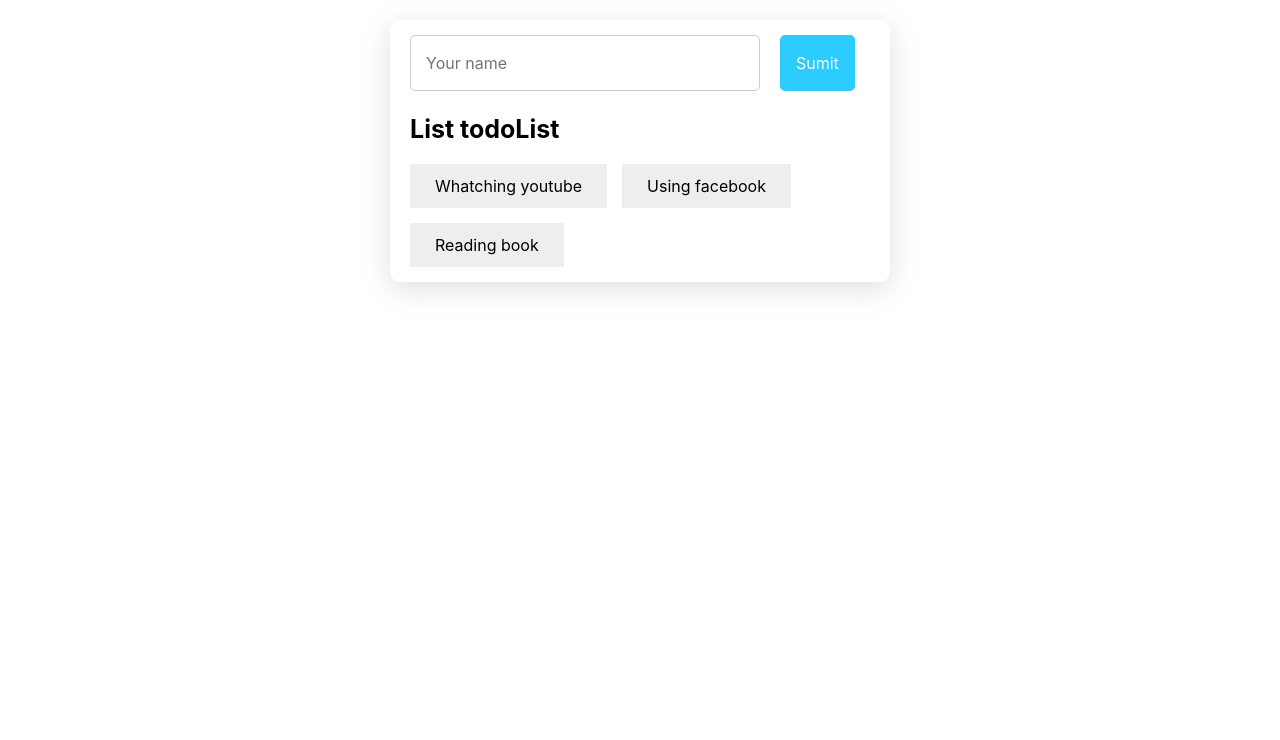
Repository: hoang0508/ReactJsHoiDanIT
Page: /weather
An editor plug-in stored every save of this project. The page is shown before and after the next save, followed by the edit.
The browser window is 1280 px wide. The pictures show the whole page.
The project was rebuilt for these pictures with package versions that can differ from the ones it lists, and the page was loaded fresh each time.

Above is the page before, as saved 2022-02-04 16:45:12.

### src/App.js
// import logo from "./logo.svg";
import "./App.css";
import TodoList from "./components/TodoApp/TodoList";

const App = () => {
  return <TodoList />;
};

export default App;

### src/App.css
*,
*::before,
*::after {
  box-sizing: border-box;
}
body,
h1,
h2,
h3,
h4,
h5,
h6,
p,
figure,
picture {
  margin: 0;
}
body {
  min-height: 100vh;
  line-height: 1.5;
}
input,
button,
select,
textarea {
  font: inherit;
}
img,
picture {
  display: block;
  max-width: 100%;
}
/* remove animation for people who've turned them off */
@media (prefers-reduced-motion: reduce) {
  *,
  *::before,
  *::after {
    animation-duration: 0.01ms !important;
    animation-iteration-count: 1 !important;
    transition-duration: 0.01ms !important;
    scroll-behavior: auto !important;
  }
}

### src/components/TodoApp/TodoList.js
import React, { useState } from "react";
import "./TodoList.scss";
import _ from "lodash";
const TodoList = () => {
  const [nameTodo, setNameTodo] = useState("");
  const [listTodo, setListTodo] = useState([
    {
      id: 1,
      name: "Whatching youtube",
    },
    {
      id: 2,
      name: "Using facebook",
    },
    {
      id: 3,
      name: "Reading book",
    },
  ]);
  console.log(">> check data:", listTodo);
  const handleChangeTodo = (e) => {
    setNameTodo(e.target.value);
  };
  const handleClickTodo = (e) => {
    let todoItem = {
      id: Math.floor(Math.random() * 1000),
      name: nameTodo,
    };
    // cách đi làm
    let currentTodoList = _.clone(listTodo);
    currentTodoList.push(todoItem);
    setListTodo(currentTodoList);

    // cách thông dụng của hook
    // setListTodo([...listTodo, todoItem]);
  };
  return (
    <>
      <div className="todo">
        <form>
          <input
            className="todo-input"
            type="text"
            placeholder="Your name"
            // value={nameTodo}
            onChange={(e) => handleChangeTodo(e)}
          />
          <button
            className="todo-btn"
            type="button"
            onClick={(e) => handleClickTodo(e)}
          >
            Sumit
          </button>
        </form>
        <div>
          <h3 className="todo-title">List todoList</h3>
          <div className="todo-list">
            {listTodo &&
              listTodo.length > 0 &&
              listTodo.map((item, index) => (
                <div key={item.id} className="todo-item">
                  <div className="todo-name">{item.name}</div>
                </div>
              ))}
          </div>
        </div>
      </div>
    </>
  );
};

// class TodoList extends React.Component {
//   // Khai báo state
//   state = {
//     name: "Hoang",
//   };
//   render() {
//     return (
//       <>
//         <input
//           placeholder="Your name"
//           onChange={(e) => this.setState({ name: e.target.value })}
//         />
//         <div>Hello {this.state.name}</div>
//       </>
//     );
//   }
// }

export default TodoList;

### src/components/TodoApp/TodoList.scss
.todo {
  max-width: 500px;
  width: 100%;
  margin: 20px auto;
  padding: 15px 20px;
  background-color: #fff;
  box-shadow: rgba(100, 100, 111, 0.2) 0px 7px 29px 0px;
  border-radius: 10px;
  overflow: hidden;
  form {
    margin-bottom: 20px;
  }
  &-input {
    max-width: 350px;
    width: 100%;
    border: 1px solid #ccc;
    outline: none;
    padding: 15px;
    border-radius: 5px;
  }
  &-btn {
    border: 0;
    padding: 16px;
    outline: none;
    cursor: pointer;
    background-color: #2cccff;
    color: #fff;
    border-radius: 5px;
    margin-left: 20px;
  }
  &-title {
    font-size: 25px;
    margin-bottom: 15px;
  }
  &-list {
    display: flex;
    flex-wrap: wrap;
    align-items: center;
    gap: 15px;
  }
  &-item {
    background-color: #eee;
    padding: 10px 25px;
  }
}

Loaded but not shown: public/index.html (common file); src/index.js (common file); src/index.css (common file); src/reportWebVitals.js (common file)

After the next save:
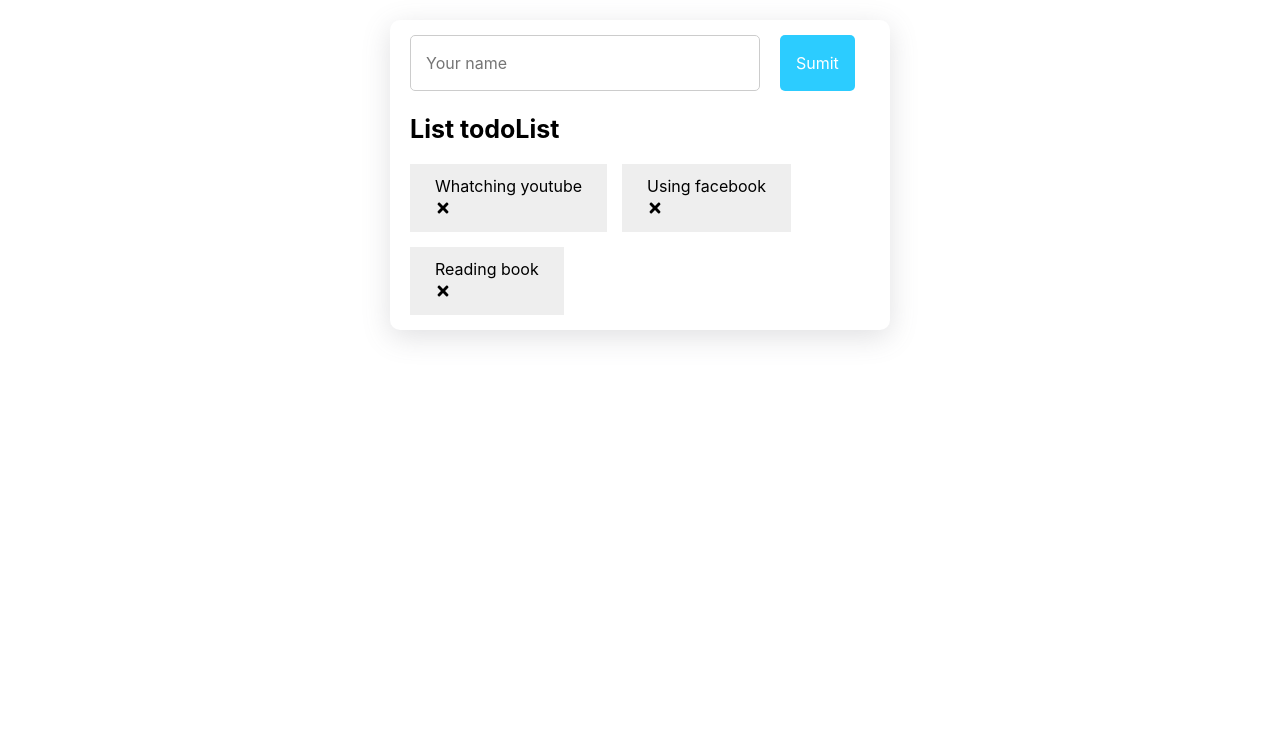
Saved 8 min 14 s later.
--- a/src/components/TodoApp/TodoList.js
+++ b/src/components/TodoApp/TodoList.js
@@ -1,6 +1,7 @@
 import React, { useState } from "react";
 import "./TodoList.scss";
 import _ from "lodash";
+import { FaTimes } from "react-icons/fa";
 const TodoList = () => {
   const [nameTodo, setNameTodo] = useState("");
   const [listTodo, setListTodo] = useState([
@@ -61,6 +62,9 @@ const TodoList = () => {
               listTodo.map((item, index) => (
                 <div key={item.id} className="todo-item">
                   <div className="todo-name">{item.name}</div>
+                  <div className="todo-dele">
+                    <FaTimes />
+                  </div>
                 </div>
               ))}
           </div>
